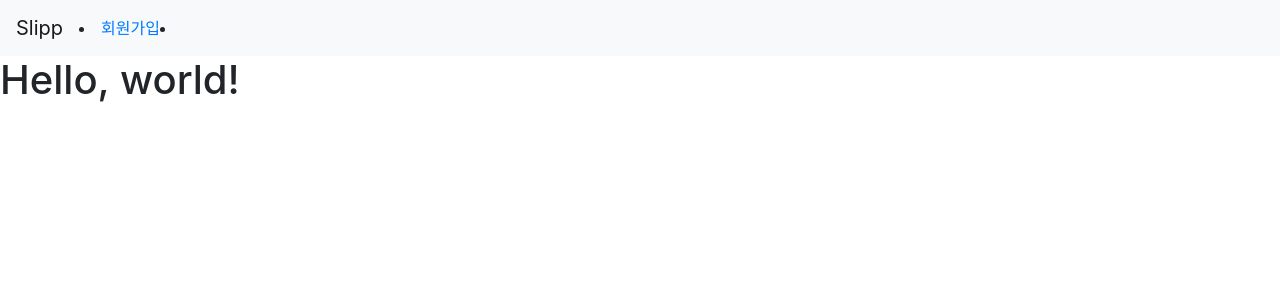
Repository: moonseoklee/SpringbootEx2
Page: my-slipp/src/main/resources/static/index.html
These files come from the project's save history. The page is drawn as it stood at one moment and after the next save; the edit follows.
The browser window is 1280 px wide. The pictures show the whole page.

Above is the page before, as saved 2019-08-08 07:12:25.

After the next save:
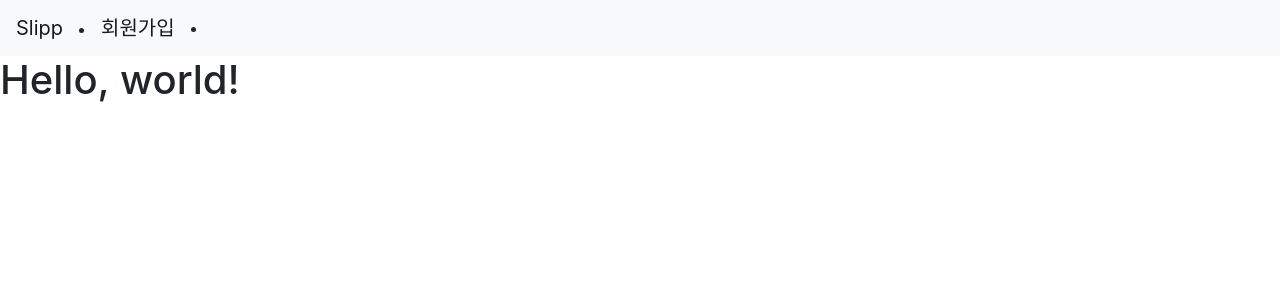
Saved 26 s later.
--- a/my-slipp/src/main/resources/static/index.html
+++ b/my-slipp/src/main/resources/static/index.html
@@ -15,7 +15,7 @@
 	  <a class="navbar-brand" href="#">Slipp</a>
 
    	<div class="collapse navbar-collapse" id="navbarSupportedContent">
-	    <li><a href="/form.html">회원가입</a><li>
+	    <li><a class="navbar-brand" href="/form.html">회원가입</a><li>
   	</div>
   </nav>
     <h1>Hello, world!</h1>
